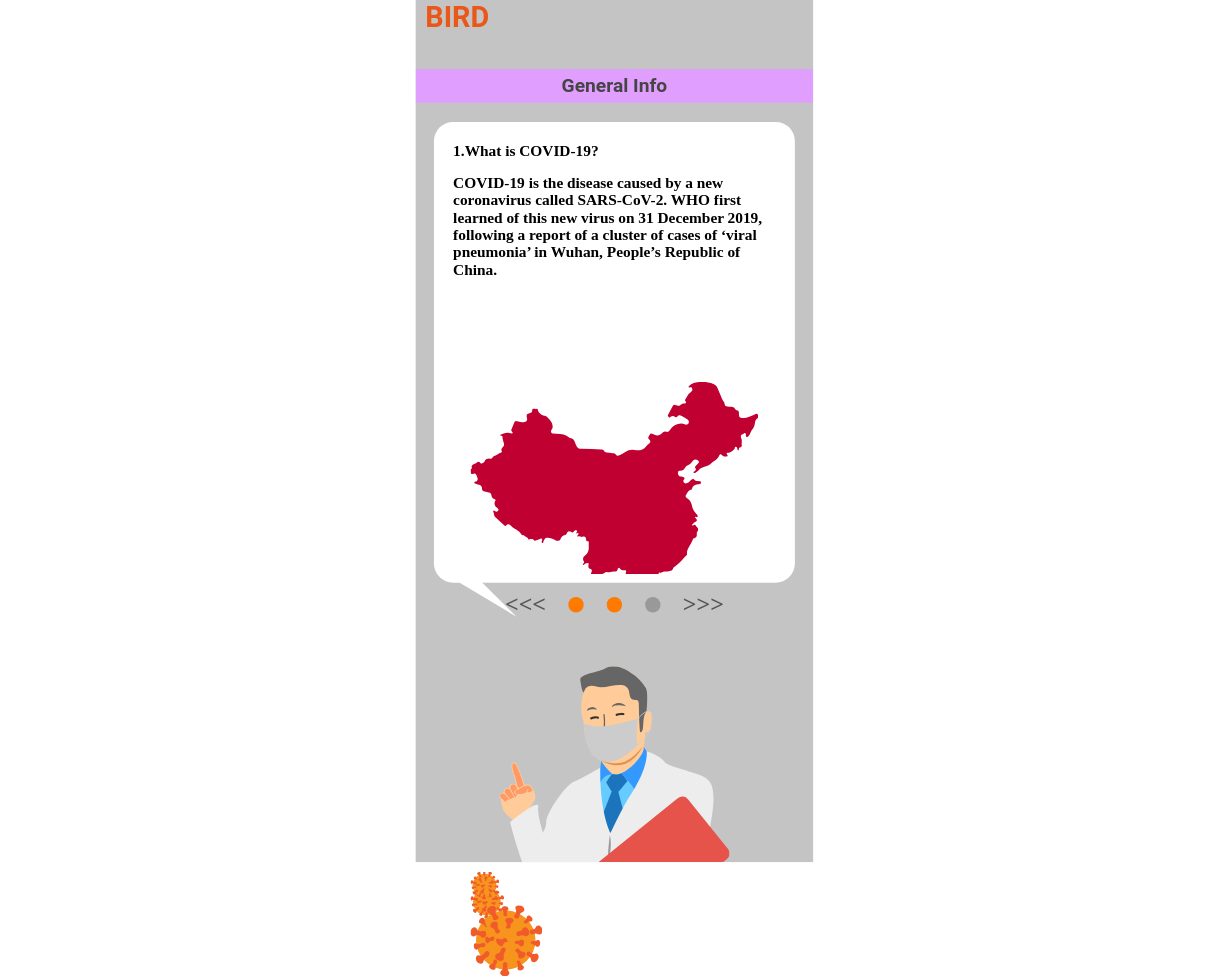
Repository: Levic559/BIRD
Page: General_info-1/1.html
An editor plug-in stored every save of this project. The page is shown before and after the next save, followed by the edit.
The browser window is 1280 px wide. The pictures show the whole page, at 96% of full size.

Above is the page before, as saved 2021-03-10 21:43:24.

### General_info-1/1.html
<!DOCTYPE html>
<html lang="en">
<head>
  <meta charset="UTF-8">
  <meta http-equiv="X-UA-Compatible" content="IE=edge">
  <meta name="viewport" content="width=device-width, initial-scale=1.0">
  <title>General Info 1-1</title>
  <link rel="stylesheet" href="../General_info_structure/mystyle.css">
</head>
<body>
  <div class="wrap">
    <div class="pages">
      <div class="header"></div>
      <div class="banner"></div>
      <div class="infographic">
        <h4 class="infographicQ"> 1.What is COVID-19?<br>
          <p>

            COVID-19 is the disease caused by a new coronavirus called SARS-CoV-2.  WHO first learned of this new virus on 31 December 2019, following a report of a cluster of cases of ‘viral pneumonia’ in Wuhan, People’s Republic of China.

          </p>
        </h4>
        <h4
        <p class="infographicText">
        </p>
        <div class="infographicImg">
          <img src="../assets/wuhan.svg">
        </div>
        <div class="infographicImg2">
          <img src="../assets/virus.svg">
        </div>
        <div class="infographicImg3">
          <img src="../assets/virus.svg">
        </div>
        <div class="infographicImg4">
          <img src="../assets/virus.svg">
        </div>
      </div>
      <div class="triangle">
        <img src="../assets/chat-triangle.svg" class="triangleimg">
      </div>
      <div class="BtnPages"></div>
      <div class="Speaker">
        <img src="../assets/doctor-hand.svg" onmouseover="HandleDoctorOn()"
        onmouseout="HandleDoctorOut()" class="doctor">
      </div>
    </div>
</div>
</body>
<script src="../comps/Logo/index.js"></script>
<script src="../comps/Banner/index.js"></script>
<script src="../comps/BtnPages/index.js"></script>
<script src="1.js"></script>
<script>
        function HandleDoctorOn ()
  {
    document.querySelector(".doctor").src ="../assets/doctor.svg"
    document.querySelector(".doctor").style.width = "100%"
    document.querySelector(".doctor").style.height = "100%"
  }
  function HandleDoctorOut ()
  {
    document.querySelector(".doctor").src ="../assets/doctor-hand.svg"
    document.querySelector(".doctor").style.width = ""
    document.querySelector(".doctor").style.height = ""

  }
</script>
</html>

### General_info_structure/mystyle.css
body {
  margin: 0;
  padding: 0;
}

.wrap{
  width: 100vw;
  height: 100vh;
  box-sizing: border-box;
  position: relative;
  display: flex;
  flex-direction: row;
}
.pages{
  margin: 0 auto;
  width: 414px;
  height: 898px;
  display: flex;
  flex-direction: column;
  background-color: #C4C4C4;
  overflow: hidden;
}
.header{
  width: 414px;
  height: 85px;
  padding-left: 10px;
}
.banner{
  width: 414px;
  height: 35px;
  margin: 0 ;
  padding: 0;
}
.bgcWhite{
  background-color: #fff;
}

.infographic {
  width: 376px;
  min-height: 480px;
  max-height: 480px;
  margin-top: 20px;
  background-color: white;
  border-radius: 20px;
  align-self: center;
  display: flex;
  flex-direction: column;
  align-items: center;
  justify-content: space-between;
}

.triangle {
  width: 70px;
  height: 70px;
  overflow: hidden;
  position: relative;
  left: 35px;
  bottom: 15px;
}

.triangleimg {
  width: 100%;
  height: 100%;
}

.BtnPages {
  align-self: center;
  position: relative;
  bottom: 50px;
}

.Speaker {
  width: 240px;
  height: 240px;
  overflow: hidden;
  align-self: center;
}

.infographicImg{
  margin-bottom: 10px;
  width: 300px;
  height: 200px;
  overflow: hidden;
}
.infographicImg2{
  width: 35px;
  height: 35px;
  position: absolute;
  margin-top: 315px;
  margin-right: 255px;
  overflow: hidden;
}
.infographicImg3{
  width: 75px;
  height: 75px;
  position: absolute;
  margin-top: 335px;
  margin-right: 150px;
  overflow: hidden;
}
.infographicImg4{
  width: 30px;
  height: 30px;
  position: absolute;
  margin-top: 300px;
  margin-right: 60px;
  overflow: hidden;
}


.infographicQ {
  padding-left: 20px;
  padding-right: 20px;
}

.infographicText {
  font-size: 30px;
  padding-left: 20px;
  padding-right: 20px;
}

### comps/Logo/index.js
function LogoUI(fontSize="84",fontWeight="700", Scolor="grey"){
  return`
  <div style="
  font-size:${fontSize}px;
  font-weight:${fontWeight};
  font-family: Roboto;
  position:absolute;
  color:#E95719;
  text-shadow:3px 3px 3px ${Scolor} ;
  transition: opactity 0.3s; left 0.5s;
  opacity:1;
  onmouseover="LogoUI.HandleMouseover(this)";
  onmouseout="LogoUI.HandleMouseout(this)";
  onclick="LogoUI.Handleclick(this)";
  >BIRD</div>

  `
}

LogoUI.HandleMouseover = (el) =>{
  el.style.opacity = 0.75;
}

LogoUI.HandleMouseout = (el) =>{
  el.style.opacity = 1;
}

LogoUI.Handleclick = (el) =>{
  el.style.top = "-20px";
  el.style.fontSize="550%";
}

// export  const Logo = LogoUI();

### comps/Banner/index.js
function BannerUI(text="Covid-19"){
  return`
  <div style="
  width:414px;
  height:35px;
  font-size:20px;
  line-height: 35px;
  text-align: center;
  font-weight:700;
  font-family: Roboto;
  background-color:#E09EFF;
  color:#454545;
  ">${text}</div>

  `
}

// export  const Banner = BannerUI();

### comps/BtnPages/index.js
function BtnPagesUI (circleTwo="#9A9999", circleThree="#9A9999", lastPage="../General_info_structure/General_info-1.html", nextPage="../General_info_structure/General_info-1.html")
{
    return`
        <div style="
            display: flex;
            flex-direction: row;
            max-width: 228px;
            min-width: 228px;
            justify-content: space-between;
            align-items: center;
        ">
            <div style="
                font-size: 25px;
                font-weight: bold;
                color: #545454;
                transition: text-shadow 0.3s;
            "
            onmouseover='BtnPagesUI.HandleMouseOver1(this)'
            onmouseout='BtnPagesUI.HandleMouseOut1(this)'
            onclick='window.location.href="${lastPage}"'
            > <<< </div>

            <div style="
                width: 16px;
                height: 16px;
                border-radius: 50%;
                background-color: #FF7A00;
                transition: border 0.3s;
            "
            onmouseover='BtnPagesUI.HandleMouseOver2(this)'
            onmouseout='BtnPagesUI.HandleMouseOut2(this)'
            onclick='window.location.href="../General_info-1/1.html"'
            ></div>
            <div style="
                width: 16px;
                height: 16px;
                border-radius: 50%;
                background-color: ${circleTwo};
                transition: border 0.3s;
            "
            onmouseover='BtnPagesUI.HandleMouseOver2(this)'
            onmouseout='BtnPagesUI.HandleMouseOut2(this)'
            onclick='window.location.href="../General_info-3/1.html"'
            ></div>
            <div style="
                width: 16px;
                height: 16px;
                border-radius: 50%;
                background-color: ${circleThree};
                transition: border 0.3s;
            "
            onmouseover='BtnPagesUI.HandleMouseOver2(this)'
            onmouseout='BtnPagesUI.HandleMouseOut2(this)'
            onclick='window.location.href="../General_info-5/1.html"'
            ></div>

            <div style ="
                font-size: 25px;
                font-weight: bold;
                color: #545454;
                transition: text-shadow 0.3s;
            "
            onmouseover='BtnPagesUI.HandleMouseOver1(this)'
            onmouseout='BtnPagesUI.HandleMouseOut1(this)'
            onclick='window.location.href="${nextPage}"'
            > >>> </div>
        </div>
    `
}

BtnPagesUI.HandleMouseOver1 = (el) => {
    el.style.textShadow = "0px 0px 3px black"
}

BtnPagesUI.HandleMouseOut1 = (el) => {
    el.style.textShadow = "0px 0px 0px #545454"
}

BtnPagesUI.HandleMouseOver2 = (el) => {
    el.style.border = " 2px solid #545454"
}
BtnPagesUI.HandleMouseOut2 = (el) => {
    el.style.border = " 0px solid #545454"
}



//export const BtnPages = BtnPagesUI()

### General_info-1/1.js
document.querySelector(".header").innerHTML += LogoUI(30,700, "#C4C4C4");
document.querySelector(".banner").innerHTML += BannerUI("General Info");
document.querySelector(".BtnPages").innerHTML += BtnPagesUI("#FF7A00", "#9A9999");

After the next save:
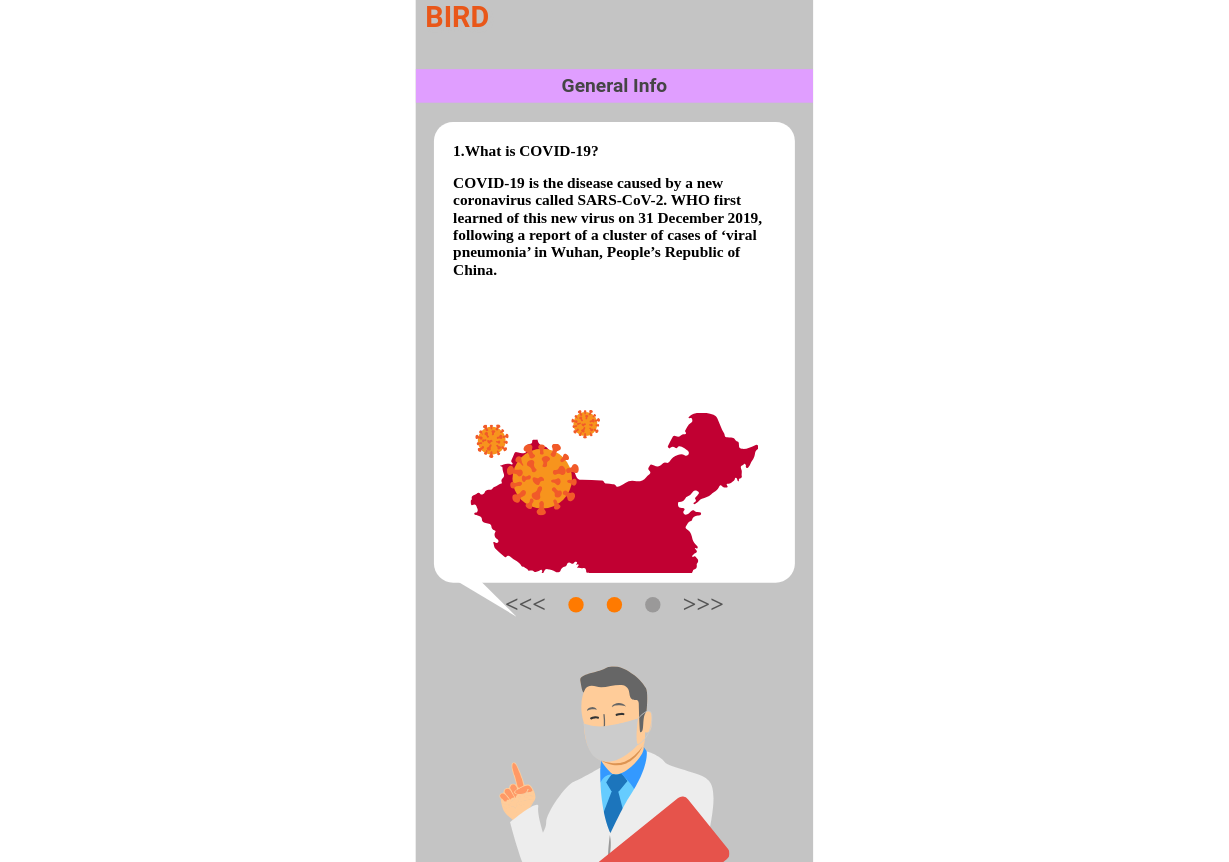
Saved 2 s later.
--- a/General_info-1/1.html
+++ b/General_info-1/1.html
@@ -20,7 +20,7 @@
 
           </p>
         </h4>
-        <h4
+        <h4></h4>
         <p class="infographicText">
         </p>
         <div class="infographicImg">
